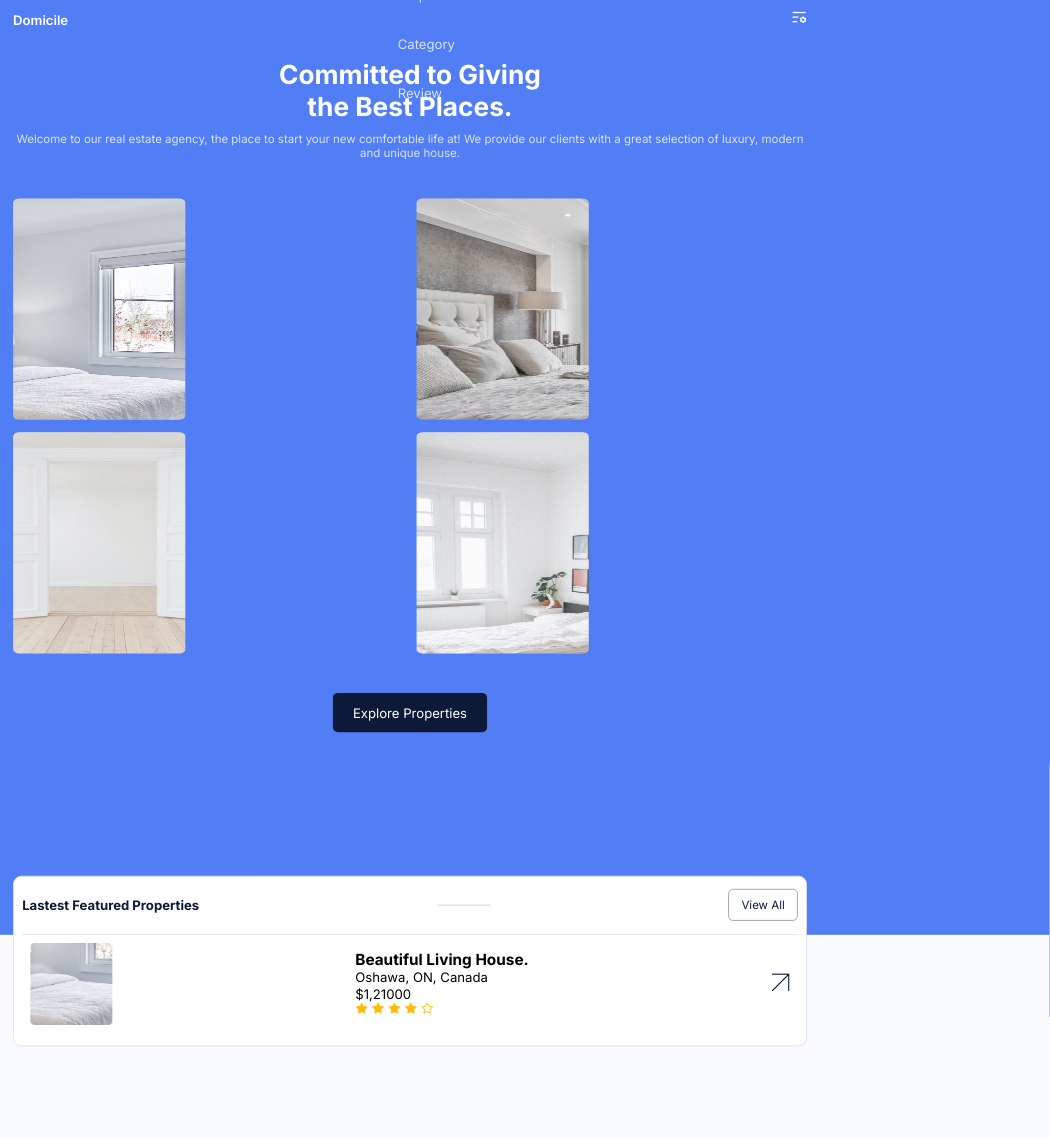
Repository: haokiet2501/domicile-real-estate
Page: index.html
An editor plug-in stored every save of this project. The page is shown before and after the next save, followed by the edit.
The browser window is 1280 px wide. The pictures show the whole page, at 82% of full size.
The style sheet was rebuilt from its Sass, Less or Tailwind sources for each picture, by a compiler version that may differ from the author's.

Above is the page before, as saved 2022-06-11 16:16:20.

### index.html
<!DOCTYPE html>
<html lang="en">
<head>
    <meta charset="UTF-8">
    <meta http-equiv="X-UA-Compatible" content="IE=edge">
    <meta name="viewport" content="width=device-width, initial-scale=1.0">
    <link href="https://cdn.jsdelivr.net/npm/remixicon@2.5.0/fonts/remixicon.css" rel="stylesheet">
    <link rel="stylesheet" href="sass/css/styles.css">
    <title>Real Estate Website - Domicile</title>
</head>
<body>
    <header class="header" id="header">
        <nav class="nav container">
            <a href="#" class="nav__logo">Domicile</a>

            <div class="nav__menu" id="nav-menu">
                <ul class="nav__list">
                    <li class="nav__item">
                        <a href="#" class="nav__link active-link">Home</a>
                    </li>
                    <li class="nav__item">
                        <a href="#" class="nav__link">Properties</a>
                    </li>
                    <li class="nav__item">
                        <a href="#" class="nav__link">Category</a>
                    </li>
                    <li class="nav__item">
                        <a href="#" class="nav__link">Review</a>
                    </li>
                </ul>

                <i class="ri-close-line nav__close" id="nav-close"></i>
            </div>

            <div class="nav__toggle" id="nav-toggle">
                <i class="ri-list-settings-line"></i>
            </div>
        </nav>
    </header>

    <main class="main">
        <section class="home section" id="home">
            <div class="home__container container grid">
                <div class="home__data">
                    <h1 class="home__data-subtitle">
                        Committed to Giving<br>the Best Places.
                    </h1>
                    <p class="home__data-title">
                        Welcome to our real estate agency, the place to start your new comfortable life at! We provide our clients with a great selection of luxury, modern and unique house.
                    </p>
                </div>

                <div class="home__images">
                    <img src="imgs/hero-one.png" alt="">
                    <img src="imgs/hero-two.png" alt="">
                    <img src="imgs/hero-three.png" alt="">
                    <img src="imgs/hero-four.png" alt="">
                </div>

                <div class="home__button">
                    <a href="#" class="button">Explore Properties</a>
                </div>
            </div>
        </section>

        <section class="futured" id="futured">
            <div class="futured__container container">
                <div class="futured__properties">
                    <div class="futured__properties-content">
                        Lastest Featured Properties
                    </div>
                    <div class="futured__properties-line"></div>
                    <div class="futured__properties-button">View All</div>
                </div>

                <div class="futured__card">
                    <img class="futured__card-img" src="imgs/future.png" alt="">
                    <div class="futured__card-layouts">
                        <div class="futured__card-text">
                            <h3>Beautiful Living House.</h3>
                            <p>Oshawa, ON, Canada</p>
                        </div>
                        <div class="futured__card-price">
                            <p>$1,21000</p>
                            <img src="imgs/rating.png" alt="">
                        </div>
                    </div>
                    <div class="futured__card-btnfutured">
                        <svg width="22" height="22" viewBox="0 0 22 22" fill="none" xmlns="http://www.w3.org/2000/svg">
                            <path d="M1 21L21 1M21 1H1M21 1V21" stroke="#0C1938" stroke-width="1.5" stroke-linecap="round" stroke-linejoin="round"/>
                        </svg>
                    </div>
                </div>
            </div>
        </section>
    </main>
    <script src="app.js"></script>
</body>
</html>

### app.js
// Show Menu
const navMenu = document.getElementById('nav-menu'),
    navToggle = document.getElementById('nav-toggle'),
    navClose = document.getElementById('nav-close');

if (navToggle) {
    navToggle.addEventListener('click', () => {
        navMenu.classList.add('show-menu');
    });
}

if(navClose) {
    navClose.addEventListener('click', () => {
        navMenu.classList.remove('show-menu');
    })
}

### sass/styles.scss
@import './base/base';
@import './main/main';

### sass/base/_base.scss
@import url('https://fonts.googleapis.com/css2?family=Inter:wght@400;500;600;700;800;900&display=swap');

* {
    margin: 0;
    padding: 0;
    box-sizing: border-box;
}

html {
    scroll-behavior: smooth;
}

body {
    font-family: 'Inter', sans-serif;
    font-style: normal;
    background: var(--color-main);
}

ul {
    list-style: none;
}

a {
    text-decoration: none;
}

img {
    max-width: 100%;
    height: auto;
}

button, input {
    border: none;
    outline: none;
}

:root {
    --header-height: 3rem;

    --color-main: #F8FAFF;
    --color-bg-header: #517EF5;
    --white-color: #FFFFFF;
    --color-nav: #D8E2FA;
    --color-footer: #0E1935;
    --color-btn: #0C1938;

    --biggest-font-size: 2.5rem;
    --medium-font-size: 2rem;
    --h1-font-size: 1.5rem;
    --h2-font-size: 1.25rem;
    --h3-font-size: 1rem;
    --normal-font-size: 0.938rem;
    --small-font-size: 0.813rem;
    --smaller-font-size: 0.75rem;

    --font-smaller: 400;
    --font-medium: 500;
    --font-semi-bold: 600;
    --font-semi-big: 700;

     /* Margin Bottom */
    --mb-0-25: 0.25rem;
    --mb-0-5: 0.5rem;
    --mb-0-75: 0.75rem;
    --mb-1: 1rem;
    --mb-1-25: 1.25rem;
    --mb-1-5: 1.5rem;
    --mb-2: 2rem;
    --mb-2-5: 2.5rem;

    --scale-hover: scale(.98);
}

@media screen and (min-width: 968px) {
    :root {
        --biggest-font-size: 4rem;
        --h1-font-size: 2.25rem;
        --h2-font-size: 1.75rem;
        --h3-font-size: 1.25rem;
        --normal-font-size: 1rem;
        --small-font-size: 0.875rem;
        --smaller-font-size: 0.813rem;
    }
}

### sass/main/_main.scss
.header {
    width: 100%;
    position: fixed;
    top: 0;
    left: 0;
    z-index: 100;
    background-color: var(--color-bg-header);
}

.main {
    overflow-x: hidden;
}

.container {
    max-width: 968px;
    margin-left: var(--mb-1);
    margin-right: var(--mb-1);
}

.grid {
    display: grid;
    gap: 1.5rem;
}

.section {
    padding: 4.5rem 0 2.5rem;
}

// NAV
.nav {
    display: flex;
    justify-content: space-between;
    align-items: center;
    height: var(--header-height);

    &__logo,
    &__toggle{
        color: var(--white-color);
    }

    &__logo {
        font-weight: var(--font-semi-bold);
    }

    &__toggle{
        font-size: 1.2rem;
        cursor: pointer;
    }

    &__menu {
        position: relative;

        @media screen and (max-width: 767px){
            position: fixed;
            background-color: var(--color-footer);
            top: 0;
            right: -100%;
            width: 70%;
            height: 100%;
            box-shadow: -1px 0 4px rgba(0, 0, 0, .15);
            padding: 3rem;
            transition: .4s;
        }
    }

    &__list {
        display: flex;
        flex-direction: column;
        row-gap: 2.5rem;
    }

    &__link {
        font-weight: var(--font-smaller);
        color: var(--color-nav);

        &:hover {
            color: var(--white-color);
            transform: var(--scale-hover);
        }
    }

    &__close {
        position: absolute;
        top: .75rem;
        right: 1rem;
        font-size: 1.5rem;
        color: var(--white-color);
        cursor: pointer;
    }
}

// Show menu
.show-menu {
    right: 0;
}

.home {
    background-color: var(--color-bg-header);
    height: calc(165vh - var(--header-height));
    &__container {
        row-gap: 3rem;
    }

    &__data {
        text-align: center;

        &-subtitle {
            color: var(--white-color);
            font-size: var(--medium-font-size);
            font-weight: var(--font-semi-big);
            margin-bottom: 10px;
        }
        &-title {
            color: var(--color-nav);
            font-weight: var(--font-smaller);
            font-size: var(--small-font-size);
        }
    }

    &__images {
        display: grid;
        gap: 15px;
        grid-template-columns: repeat(2, 1fr);

        img {
            width: 210px;
            height: 270px;
            transition: .3s ease-out;

            &:hover {
                transform: var(--scale-hover);
                transition: .3s ease-out;
            }
        }
    }

    &__button {
        display: flex;
        justify-content: center;
        align-items: center;

        .button {
            padding: 14px 24px;
            background-color: var(--color-btn);
            color: var(--white-color);
            border-radius: 6px;
            font-size: var(--normal-font-size);
            transition: .3s ease-out;

            &:hover {
                transform: var(--scale-hover);
                transition: .3s ease-out;
            }
        }
    }
}

.futured {
    position: relative;
    transform: translateY(-4.5rem);
    padding-bottom: 2.5rem;

    &__container {
        background-color: var(--white-color);
        border: 1px solid #DDE1EA;
        border-radius: 10px;
        padding: 15px 10px;
    }

    &__properties {
        display: flex;
        justify-content: space-between;
        align-items: center;
        border-bottom: 1px solid #DDE1EA;
        padding-bottom: 1rem;

        &-content {
            font-weight: var(--font-semi-big);
            color: var(--color-btn);

        }

        &-line {
            width: calc(var(--header-height) + 1rem);
            height: 1px;
            border: 1px solid #DDE1EA;
        }

        &-button {
            border: 1px solid #9398A4;
            padding: 10px 15px;
            border-radius: 6px;
            color: var(--color-btn);
            font-weight: var(--font-smaller);
            font-size: var(--small-font-size);
            transition: .3s ease-out;

            &:hover {
                transform: var(--scale-hover);
                transition: .3s ease-out;
            }
        }
    }

    &__card {
        display: flex;
        justify-content: space-between;
        align-items: center;
        margin: 10px;

        &-img {
            width: 100px;
            height: 100px;
        }
    }
}

After the next save:
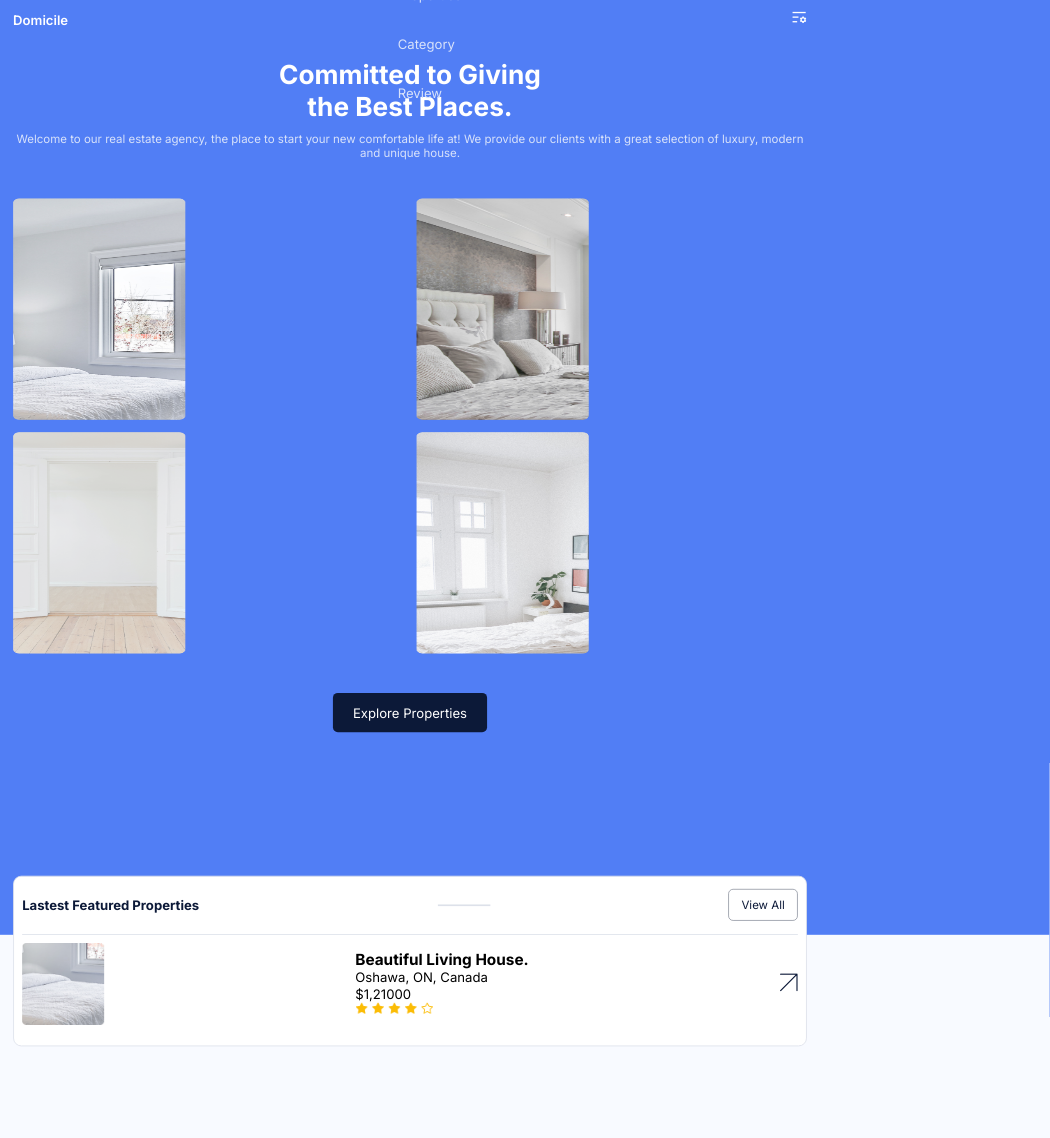
Saved 5 s later.
--- a/sass/main/_main.scss
+++ b/sass/main/_main.scss
@@ -206,7 +206,7 @@
         display: flex;
         justify-content: space-between;
         align-items: center;
-        margin: 10px;
+        margin: 10px 0;
 
         &-img {
             width: 100px;
